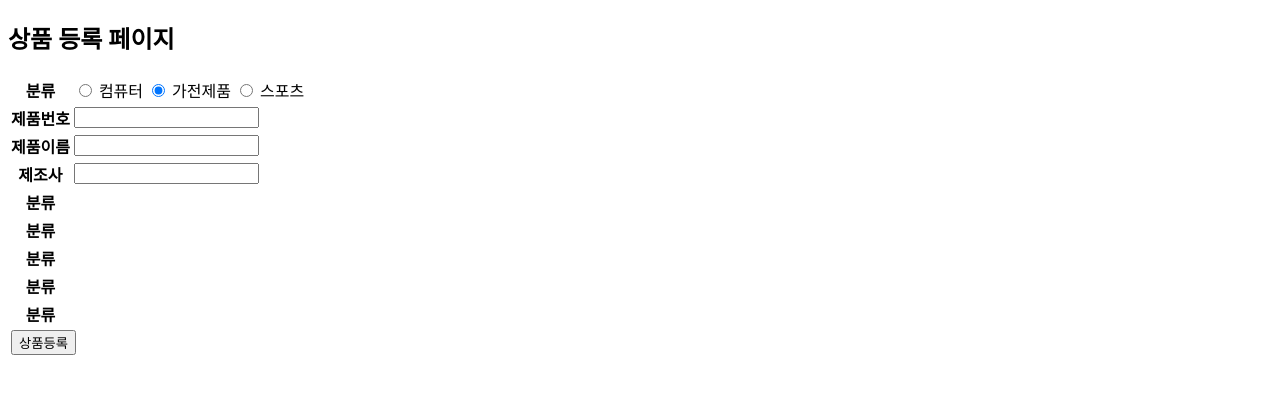
Repository: xlz5000/ICT
Page: http://localhost/spring_mvc02/WEB-INF/views/day08/product_add.jsp
An editor plug-in stored every save of this project. The page is shown before and after the next save, followed by the edit.
The browser window is 1280 px wide. The pictures show the whole page.
The page is served by Tomcat 9. Nobody is signed in. The template is opened directly, without the code that normally fills it, so the values that code supplies are empty.

Above is the page before, as saved 2025-04-18 02:14:38.

After the next save:
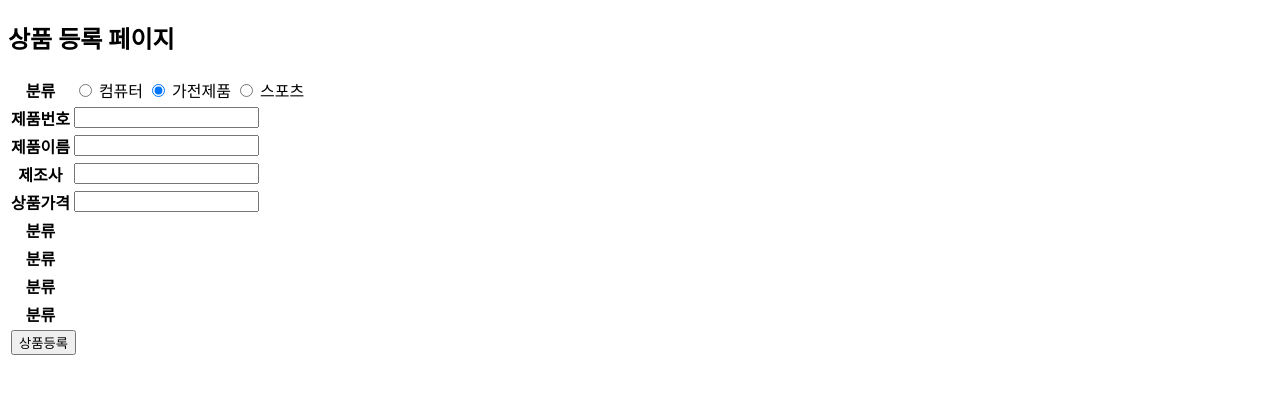
Saved 18 s later.
--- a/spring_mvc02/src/main/webapp/WEB-INF/views/day08/product_add.jsp
+++ b/spring_mvc02/src/main/webapp/WEB-INF/views/day08/product_add.jsp
@@ -34,8 +34,8 @@
 						<td><input type="text" name="p_company" required></td>
 					</tr>
 					<tr>
-						<th>분류</th>
-						<td></td>
+						<th>상품가격</th>
+						<td><input type="text" name="p_price" required></td>
 					</tr>
 					<tr>
 						<th>분류</th>
